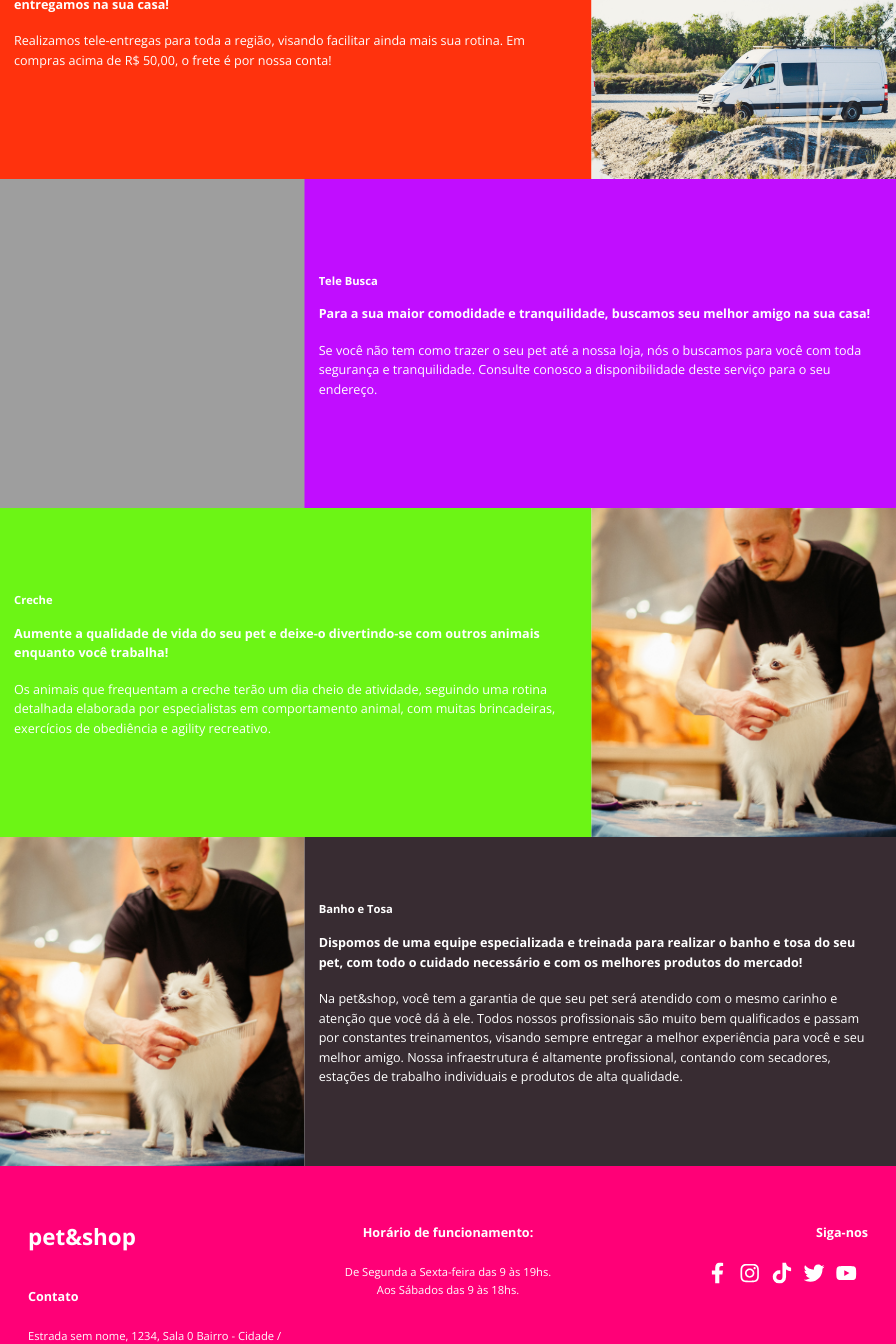
Repository: EzequielKaiber/pet-e-shop
Page: servicos.html
The author's editor kept a copy of each file at every save. The page is drawn from the files as they stood at one save, then again after a run of saves.
The browser window is 1280 px wide. The pictures show the part of the page from y = 1724 to 3644 px (the page is 3884 px tall), at 70% of full size.
Pictures or frames that could not be fetched are drawn as grey boxes.

Above is the page before, as saved 2022-04-26 14:08:05.

### servicos.html
<!DOCTYPE html>
<html lang="en">
<head>
    <meta charset="UTF-8">
    <meta http-equiv="X-UA-Compatible" content="IE=edge">
    <meta name="viewport" content="width=device-width, initial-scale=1.0">
    <title>Produtos</title>
    <link rel="stylesheet" href="css/header.css">
    <link rel="stylesheet" href="css/style.css">
    <link rel="stylesheet" href="css/footer.css">
    <link href="https://fonts.googleapis.com/css2?family=Open+Sans:wght@400;700&display=swap" rel="stylesheet">
</head>
<body class="page-servios">
    <header>
        <div class="container">
            <div class="header-itens">
                <a href="./">
                    <div class="logo" style="background-image: url(img/logo-colored.svg);"></div>
                </a>
                <nav class="menu">
                    <ul>
                        <li>
                            <a href="./index.html">Home</a>
                        </li>
                        <li>
                            <a href="./sobre.html">Sobre</a>
                        </li>
                        <li>
                            <a href="./produtos.html">Produtos</a>
                        </li>
                        <li class="active">
                            <a href="./servicos.html">Serviços</a>
                        </li>
                        <li>
                            <a href="./fale-conosco.html">Fale conosco</a>
                        </li>
                    </ul>
                </nav>
            </div>
        </div>
    </header>
    <div class="servios-list">
        <div class="list-item">
            <div class="left">
                <div class="image" style="background-image: url(img/Serviços/bath-and-groom.jpg);"></div>
            </div>
            <div class="right">
                <h2>Banho e Tosa</h2>
                <p><b>Dispomos de uma equipe especializada e treinada para realizar o banho e tosa do seu pet,
                    com todo o cuidado necessário e com os melhores produtos do mercado!</b></p>
                <p>
                    Na pet&shop, você tem a garantia de que seu pet será atendido com o mesmo carinho e atenção
                    que você dá à ele. Todos nossos profissionais são muito bem qualificados e passam por
                    constantes treinamentos, visando sempre entregar a melhor experiência para você e seu melhor
                    amigo. Nossa infraestrutura é altamente profissional, contando com secadores, estações de
                    trabalho individuais e produtos de alta qualidade.
                </p>
            </div>
        </div>
        <div class="list-item">
            <div class="right rosa white">
                <h2>Centro Médicos</h2>
                <p><b>Aqui você encontrará uma clínica veterinária completa, com médicos veterinários formados e instalações especializadas!</b></p>
                <p>
                    Nós nos preocupamos em oferecer sempre o melhor atendimento. Nossos veterinários são experientes, possuem treinamento, capacitação e certificados, tendo à disposição todos os equipamentos necessários para tratar o seu pet, bem como os melhores medicamentos do mercado. Nossos profissionais estão sempre disponíveis para sanar suas dúvidas e fornecer informações sobre a saúde do seu pet.
                </p>
            </div>
            <div class="left">
                <div class="image" style="background-image: url(img/Serviços/medical-center.jpg);"></div>
            </div>
        </div>
        <div class="list-item">
            <div class="left">
                <div class="image" style="background-image: url(img/Serviços/drugstore.jpg);"></div>
            </div>
            <div class="right azul white">
                <h2>Farmácia Pet</h2>
                <p><b>Na pet&shop você encontra uma grande variedade de remédios e produtos voltados à saúde do seu pet!</b></p>
                <p>
                    Trabalhamos com uma grande variedade de produtos para a saúde animal, todos com certificações e comprovações de efetividade. Possuímos produtos nacionais e importados, além de uma fábrica própria para manipulação de um produto customizado.
                </p>
            </div>
        </div>
        <div class="list-item">
            <div class="right vermelho white">
                <h2>Tele Entrega</h2>
                <p><b>Se a ração do seu pet acabou ou se você precisa de qualquer outro produto, nós o entregamos na sua casa!</b></p>
                <p>
                    Realizamos tele-entregas para toda a região, visando facilitar ainda mais sua rotina. Em compras acima de R$ 50,00, o frete é por nossa conta!
                </p>
            </div>
            <div class="left">
                <div class="image" style="background-image: url(img/Serviços/delivery.jpg);"></div>
            </div>
        </div>
        <div class="list-item">
            <div class="left">
                <div class="image" style="background-image: url(img/Serviços/pick-up.jpg);"></div>
            </div>
            <div class="right roxo white">
                <h2>Tele Busca</h2>
                <p><b>Para a sua maior comodidade e tranquilidade, buscamos seu melhor amigo na sua casa!</b></p>
                <p>
                    Se você não tem como trazer o seu pet até a nossa loja, nós o buscamos para você com toda segurança e tranquilidade. Consulte conosco a disponibilidade deste serviço para o seu endereço.
                </p>
            </div>
        </div>
        <div class="list-item">
            <div class="right verde white">
                <h2>Creche</h2>
                <p><b>Aumente a qualidade de vida do seu pet e deixe-o divertindo-se com outros animais enquanto você trabalha!</b></p>
                <p>
                    Os animais que frequentam a creche terão um dia cheio de atividade, seguindo uma rotina detalhada elaborada por especialistas em comportamento animal, com muitas brincadeiras, exercícios de obediência e agility recreativo.
                </p>
            </div>
            <div class="left">
                <div class="image" style="background-image: url(img/Serviços/bath-and-groom.jpg);"></div>
            </div>
        </div>
        <div class="list-item">
            <div class="left">
                <div class="image" style="background-image: url(img/Serviços/bath-and-groom.jpg);"></div>
            </div>
            <div class="right cinza white">
                <h2>Banho e Tosa</h2>
                <p><b>Dispomos de uma equipe especializada e treinada para realizar o banho e tosa do seu pet,
                    com todo o cuidado necessário e com os melhores produtos do mercado!</b></p>
                <p>
                    Na pet&shop, você tem a garantia de que seu pet será atendido com o mesmo carinho e atenção
                    que você dá à ele. Todos nossos profissionais são muito bem qualificados e passam por
                    constantes treinamentos, visando sempre entregar a melhor experiência para você e seu melhor
                    amigo. Nossa infraestrutura é altamente profissional, contando com secadores, estações de
                    trabalho individuais e produtos de alta qualidade.
                </p>
            </div>
        </div>
    </div>
    <footer>
        <div class="container">
            <div class="footer-itens">
                <div class="footer-item">
                    <h2>pet&shop</h2>
                    <ul>
                        <li class="title">Contato</li>
                        <li>Estrada sem nome, 1234, Sala 0 Bairro - Cidade / UF</li>
                        <li>12345-678</li>
                        <li><a href="tel:(00) 99999-9999">(00) 99999-9999</a></li>
                        <li><a href="mailto:contato@petshop.com.br">contato@petshop.com.br</a></li>
                    </ul>
                </div>
                <div class="footer-item dflex alg-center jcc f-col">
                    <h1>Horário de funcionamento:</h1>
                    <p>De Segunda a Sexta-feira das 9 às 19hs.</p>
                    <p>Aos Sábados das 9 às 18hs.</p>
                </div>
                <div class="footer-item social-items">
                    <h1>Siga-nos</h1>
                    <div class="social">
                        <a href="#">
                            <svg xmlns="http://www.w3.org/2000/svg" viewBox="0 0 320 512"><!--! Font Awesome Pro 6.1.1 by @fontawesome - https://fontawesome.com License - https://fontawesome.com/license (Commercial License) Copyright 2022 Fonticons, Inc. --><path d="M279.14 288l14.22-92.66h-88.91v-60.13c0-25.35 12.42-50.06 52.24-50.06h40.42V6.26S260.43 0 225.36 0c-73.22 0-121.08 44.38-121.08 124.72v70.62H22.89V288h81.39v224h100.17V288z"/></svg>
                        </a>
                        <a href="#">
                            <svg xmlns="http://www.w3.org/2000/svg" viewBox="0 0 448 512"><!--! Font Awesome Pro 6.1.1 by @fontawesome - https://fontawesome.com License - https://fontawesome.com/license (Commercial License) Copyright 2022 Fonticons, Inc. --><path d="M224.1 141c-63.6 0-114.9 51.3-114.9 114.9s51.3 114.9 114.9 114.9S339 319.5 339 255.9 287.7 141 224.1 141zm0 189.6c-41.1 0-74.7-33.5-74.7-74.7s33.5-74.7 74.7-74.7 74.7 33.5 74.7 74.7-33.6 74.7-74.7 74.7zm146.4-194.3c0 14.9-12 26.8-26.8 26.8-14.9 0-26.8-12-26.8-26.8s12-26.8 26.8-26.8 26.8 12 26.8 26.8zm76.1 27.2c-1.7-35.9-9.9-67.7-36.2-93.9-26.2-26.2-58-34.4-93.9-36.2-37-2.1-147.9-2.1-184.9 0-35.8 1.7-67.6 9.9-93.9 36.1s-34.4 58-36.2 93.9c-2.1 37-2.1 147.9 0 184.9 1.7 35.9 9.9 67.7 36.2 93.9s58 34.4 93.9 36.2c37 2.1 147.9 2.1 184.9 0 35.9-1.7 67.7-9.9 93.9-36.2 26.2-26.2 34.4-58 36.2-93.9 2.1-37 2.1-147.8 0-184.8zM398.8 388c-7.8 19.6-22.9 34.7-42.6 42.6-29.5 11.7-99.5 9-132.1 9s-102.7 2.6-132.1-9c-19.6-7.8-34.7-22.9-42.6-42.6-11.7-29.5-9-99.5-9-132.1s-2.6-102.7 9-132.1c7.8-19.6 22.9-34.7 42.6-42.6 29.5-11.7 99.5-9 132.1-9s102.7-2.6 132.1 9c19.6 7.8 34.7 22.9 42.6 42.6 11.7 29.5 9 99.5 9 132.1s2.7 102.7-9 132.1z"/></svg>
                        </a>
                        <a href="#">
                            <svg xmlns="http://www.w3.org/2000/svg" viewBox="0 0 448 512"><!--! Font Awesome Pro 6.1.1 by @fontawesome - https://fontawesome.com License - https://fontawesome.com/license (Commercial License) Copyright 2022 Fonticons, Inc. --><path d="M448,209.91a210.06,210.06,0,0,1-122.77-39.25V349.38A162.55,162.55,0,1,1,185,188.31V278.2a74.62,74.62,0,1,0,52.23,71.18V0l88,0a121.18,121.18,0,0,0,1.86,22.17h0A122.18,122.18,0,0,0,381,102.39a121.43,121.43,0,0,0,67,20.14Z"/></svg>
                        </a>
                        <a href="#">
                            <svg xmlns="http://www.w3.org/2000/svg" viewBox="0 0 512 512"><!--! Font Awesome Pro 6.1.1 by @fontawesome - https://fontawesome.com License - https://fontawesome.com/license (Commercial License) Copyright 2022 Fonticons, Inc. --><path d="M459.37 151.716c.325 4.548.325 9.097.325 13.645 0 138.72-105.583 298.558-298.558 298.558-59.452 0-114.68-17.219-161.137-47.106 8.447.974 16.568 1.299 25.34 1.299 49.055 0 94.213-16.568 130.274-44.832-46.132-.975-84.792-31.188-98.112-72.772 6.498.974 12.995 1.624 19.818 1.624 9.421 0 18.843-1.3 27.614-3.573-48.081-9.747-84.143-51.98-84.143-102.985v-1.299c13.969 7.797 30.214 12.67 47.431 13.319-28.264-18.843-46.781-51.005-46.781-87.391 0-19.492 5.197-37.36 14.294-52.954 51.655 63.675 129.3 105.258 216.365 109.807-1.624-7.797-2.599-15.918-2.599-24.04 0-57.828 46.782-104.934 104.934-104.934 30.213 0 57.502 12.67 76.67 33.137 23.715-4.548 46.456-13.32 66.599-25.34-7.798 24.366-24.366 44.833-46.132 57.827 21.117-2.273 41.584-8.122 60.426-16.243-14.292 20.791-32.161 39.308-52.628 54.253z"/></svg>
                        </a>
                        <a href="#">
                            <svg xmlns="http://www.w3.org/2000/svg" viewBox="0 0 576 512"><!--! Font Awesome Pro 6.1.1 by @fontawesome - https://fontawesome.com License - https://fontawesome.com/license (Commercial License) Copyright 2022 Fonticons, Inc. --><path d="M549.655 124.083c-6.281-23.65-24.787-42.276-48.284-48.597C458.781 64 288 64 288 64S117.22 64 74.629 75.486c-23.497 6.322-42.003 24.947-48.284 48.597-11.412 42.867-11.412 132.305-11.412 132.305s0 89.438 11.412 132.305c6.281 23.65 24.787 41.5 48.284 47.821C117.22 448 288 448 288 448s170.78 0 213.371-11.486c23.497-6.321 42.003-24.171 48.284-47.821 11.412-42.867 11.412-132.305 11.412-132.305s0-89.438-11.412-132.305zm-317.51 213.508V175.185l142.739 81.205-142.739 81.201z"/></svg>
                        </a>
                    </div>
                </div>
            </div>
            <div class="copy">
                <p>© 2022 pet&shop | Todos os direitos reservados. Desenvolvido por <a target="_blank" href="https://www.univates.br/crieti">Crie_TI</a></p>
            </div>
        </div>
    </footer>
</body>
</html>

### css/header.css
* {
    padding: 0;
    margin: 0;
    box-sizing: border-box;
}
header {
    width: 100%;
    height: 100px;
    background-color: #fff;
    box-shadow: 0 3px 6px 0 rgb(0 0 0 / 5%);
    position: fixed;
    top: 0;
    z-index: 999999;
}
header .header-itens {
    display: flex;
    flex-direction: row;
    justify-content: space-between;
    width: 100%;
    height: 100px;
    align-items: center;
}
header .header-itens .logo {
    width: 200px;
    height: 90px;
    background-position: center;
    background-repeat: no-repeat;
    background-size: contain;
}
header .header-itens .menu {
    display: flex;
    flex-direction: row;
}
header .header-itens .menu ul {
    list-style: none;
    display: flex;
    flex-direction: row;
    margin-right: 16px;
}
header .header-itens .menu ul li {
    height: 100%;
    padding: 38px 10px;
    margin-left: 20px;
}
header .header-itens .menu ul li a {
    font-size: 18px;
    line-height: 28px;
    color: #000;
    text-decoration: none;
    transition: ease-in-out 0.32s;
}
header .header-itens .menu ul li a:hover {
    transition: ease-in-out 0.32s;
    color: #f07;
}
header .header-itens .menu ul li.active {
    background-color: #f07;
}
header .header-itens .menu ul li.active a {
    color: #fff;
}

### css/footer.css
footer {
    background-color: #FF0077;
    padding: 80px 0;
}
footer .footer-itens {
    display: flex;
    flex-direction: row;
    justify-content: space-between;
}
footer .footer-itens .footer-item {
    width: calc(33% - 15px);
    height: fit-content;
}
footer .footer-itens .footer-item h2 {
    font-size: 32px;
    line-height: 42px;
    color: #fff;
    margin-bottom: 50px;
}
footer .footer-itens .footer-item ul {
    list-style: none;
    display: flex;
    flex-direction: column;
}
footer .footer-itens .footer-item ul li.title {
    font-size: 18px;
    line-height: 28px;
    color: #fff;
    font-weight: bold;
    margin-bottom: 30px;
}
footer .footer-itens .footer-item ul li {
    font-size: 16px;
    line-height: 26px;
    color: #fff;
}
footer .footer-itens .footer-item ul li a {
    font-size: 16px;
    line-height: 26px;
    color: #fff;
    font-weight: bold;
    text-decoration: none;
}
footer .footer-itens .footer-item h1 {
    font-size: 18px;
    line-height: 28px;
    color: #fff;
    font-weight: bold;
    margin-bottom: 30px;
}
footer .footer-itens .footer-item.social-items {
    align-items: flex-end;
    justify-content: flex-end;
    display: flex;
    flex-direction: column;
}
footer .footer-itens .footer-item p {
    font-size: 16px;
    line-height: 26px;
    color: #fff;
}
footer .footer-itens .footer-item .social {
    display: flex;
    flex-direction: row;
    align-items: flex-end;
}
footer .footer-itens .footer-item .social a {
    display: block;
    height: 30px;
    width: 30px;
    margin-right: 16px;
}
footer .footer-itens .footer-item .social a svg {
    height: 30px;
    width: 30px;
    fill: #fff;
    transition: ease-in-out 0.32s;
    transform: scale(1) rotate(0deg);
}
footer .footer-itens .footer-item .social a:hover svg {
    transform: scale(1.1) rotate(10deg);
    transition: ease-in-out 0.32s;
}
footer .copy {
    display: flex;
    margin-top: 30px;
    flex-direction: row;
    align-items: center;
    justify-content: center;
}
footer .copy p {
    font-size: 14px;
    line-height: 24px;
    color: #fff;
}
footer .copy p a {
    font-size: 14px;
    line-height: 24px;
    color: #fff;
    font-weight: bold;
    text-decoration: none;
}

Loaded but not shown: css/style.css (481 lines, source omitted)

After the next 4 saves:
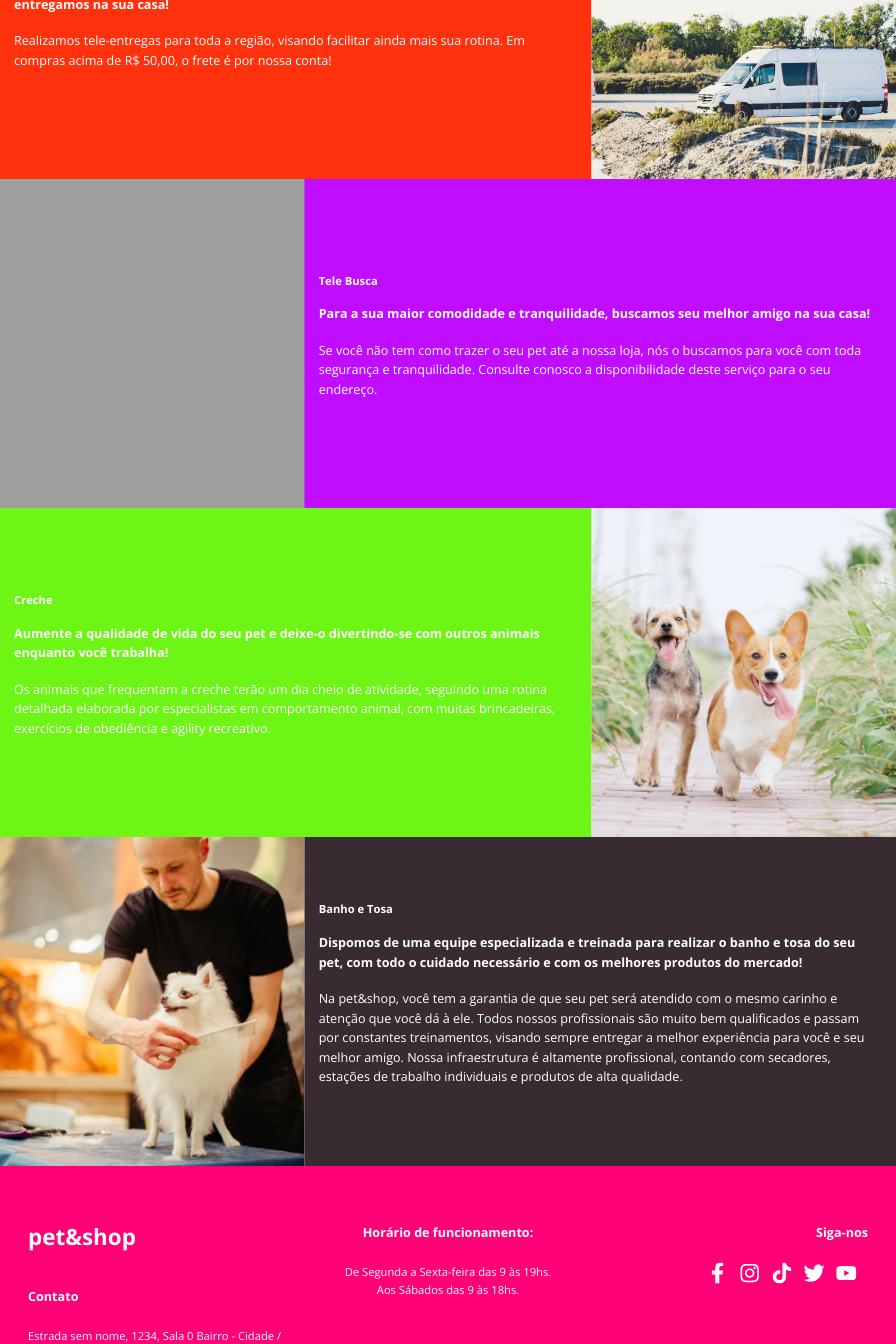
The 4 saves are shown as one change because they came seconds apart.
The last was saved 41 s later.
--- a/servicos.html
+++ b/servicos.html
@@ -114,7 +114,7 @@
                 </p>
             </div>
             <div class="left">
-                <div class="image" style="background-image: url(img/Serviços/bath-and-groom.jpg);"></div>
+                <div class="image" style="background-image: url(img/Serviços/daycare.jpg);"></div>
             </div>
         </div>
         <div class="list-item">
